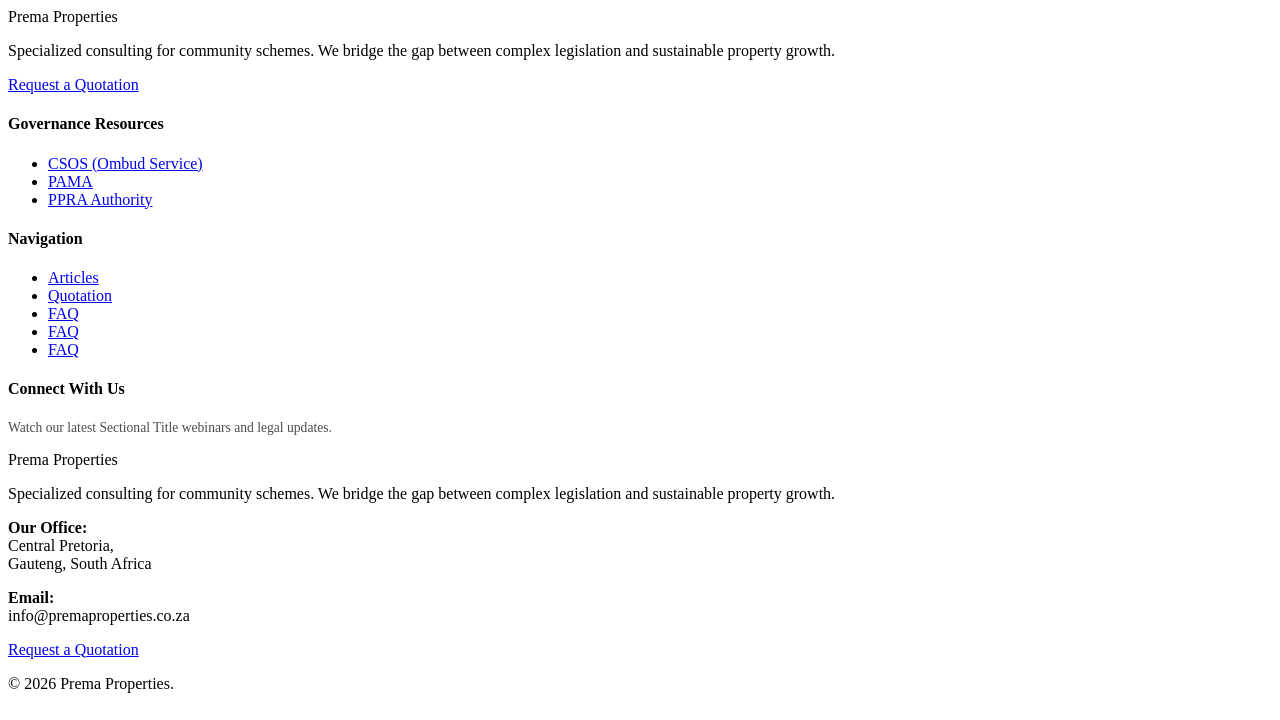
Repository: mnqobiMenzi/Prema-Properties
Page: footer.html
These files come from the project's save history. The page is drawn as it stood at one moment and after a run of saves; the edit follows.
The browser window is 1280 px wide. The pictures show the whole page.

Above is the page before, as saved 2026-02-10 12:50:08.

### footer.html
<!DOCTYPE html>
<html lang="en">
<head>
    <meta charset="UTF-8">
    <meta name="viewport" content="width=device-width, initial-scale=1.0">
    <title>Document</title>
</head>
<body>
    <footer class="main-footer">
  <div class="container footer-grid">
    <div class="footer-column brand-info">
      <div class="logo">Prema Properties</div>
      <p>Specialized consulting for community schemes. We bridge the gap between complex legislation and sustainable property growth.</p>
      <a href="quote.html" class="footer-cta-btn">Request a Quotation</a>
    </div>

    <div class="footer-column">
      <h4>Governance Resources</h4>
      <ul>
        <li><a href="https://www.csos.org.za/" target="_blank">CSOS (Ombud Service)</a></li>
        <li><a href="https://www.pama.org.za/" target="_blank">PAMA</a></li>
        <li><a href="https://www.eaab.org.za/" target="_blank">PPRA Authority</a></li>
      </ul>
    </div>

    <div class="footer-column">
      <h4>Navigation</h4>
      <ul>
        <li><a href="articles.html">Articles</a></li>
        <li><a href="quote.html">Quotation</a></li>
        <li><a href="FAQ.html">FAQ</a></li>
        <li><a href="about-us.html">FAQ</a></li>
        <li><a href="contact-us.html">FAQ</a></li>
      </ul>
    </div>
    <div class="footer-column">
  <h4>Connect With Us</h4>
  <p style="font-size: 0.85rem; margin-bottom: 15px; opacity: 0.7;">
    Watch our latest Sectional Title webinars and legal updates.
  </p>
  <div class="social-icons">
    <a href="#" target="_blank" title="Facebook"><i class="bi bi-facebook"></i></a>
    <a href="#" target="_blank" title="LinkedIn"><i class="bi bi-linkedin"></i></a>
    <a href="#" target="_blank" title="YouTube"><i class="bi bi-youtube"></i></a>
    <a href="#" target="_blank" title="X (Twitter)"><i class="bi bi-twitter-x"></i></a>
    <a href="#" target="_blank" title="WhatsApp"><i class="bi bi-whatsapp"></i></a>
  </div>
</div>
  </div>
  <div class="footer-column brand-info">
  <div class="logo">Prema Properties</div>
  <p>Specialized consulting for community schemes. We bridge the gap between complex legislation and sustainable property growth.</p>

  <div class="footer-address">
    <p><i class="bi bi-geo-alt-fill"></i> <strong>Our Office:</strong><br>
    Central Pretoria,<br>
    Gauteng, South Africa</p>

    <p><i class="bi bi-envelope-fill"></i> <strong>Email:</strong><br>
    info@premaproperties.co.za</p>
  </div>

  <a href="quote.html" class="footer-cta-btn">Request a Quotation</a>
</div>
  <div class="footer-bottom">
    <div class="container"><p>&copy; 2026 Prema Properties.</p></div>
  </div>
</footer>
</body>
</html>

After the next 2 saves:
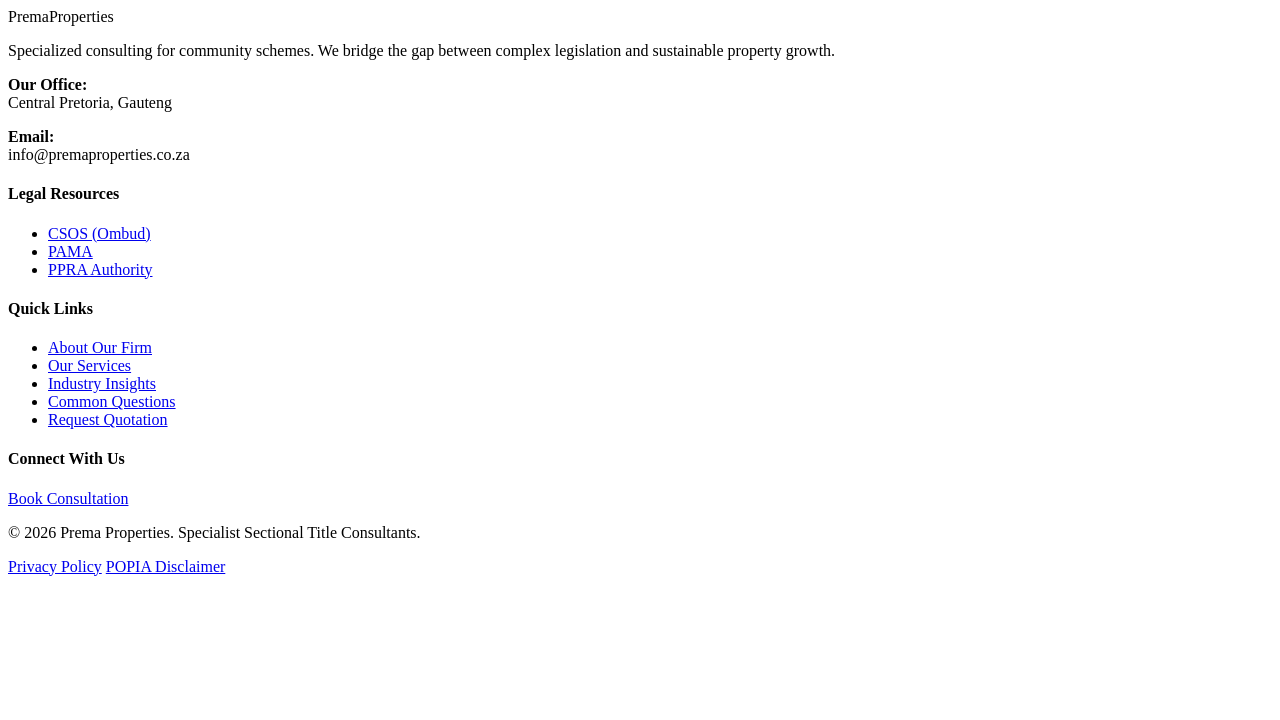
The 2 saves are shown as one change because they came seconds apart.
The last was saved 10 s later.
--- a/footer.html
+++ b/footer.html
@@ -8,62 +8,62 @@
 <body>
     <footer class="main-footer">
   <div class="container footer-grid">
+
     <div class="footer-column brand-info">
-      <div class="logo">Prema Properties</div>
+      <div class="logo">Prema<span>Properties</span></div>
       <p>Specialized consulting for community schemes. We bridge the gap between complex legislation and sustainable property growth.</p>
-      <a href="quote.html" class="footer-cta-btn">Request a Quotation</a>
+
+      <div class="footer-address">
+        <p><i class="bi bi-geo-alt-fill"></i> <strong>Our Office:</strong><br>
+        Central Pretoria, Gauteng</p>
+        <p><i class="bi bi-envelope-fill"></i> <strong>Email:</strong><br>
+        info@premaproperties.co.za</p>
+      </div>
     </div>
 
     <div class="footer-column">
-      <h4>Governance Resources</h4>
-      <ul>
-        <li><a href="https://www.csos.org.za/" target="_blank">CSOS (Ombud Service)</a></li>
-        <li><a href="https://www.pama.org.za/" target="_blank">PAMA</a></li>
-        <li><a href="https://www.eaab.org.za/" target="_blank">PPRA Authority</a></li>
+      <h4>Legal Resources</h4>
+      <ul class="footer-links">
+        <li><a href="https://www.csos.org.za/" target="_blank"><i class="bi bi-link-45deg"></i> CSOS (Ombud)</a></li>
+        <li><a href="https://www.pama.org.za/" target="_blank"><i class="bi bi-link-45deg"></i> PAMA</a></li>
+        <li><a href="https://www.eaab.org.za/" target="_blank"><i class="bi bi-link-45deg"></i> PPRA Authority</a></li>
       </ul>
     </div>
 
     <div class="footer-column">
-      <h4>Navigation</h4>
-      <ul>
-        <li><a href="articles.html">Articles</a></li>
-        <li><a href="quote.html">Quotation</a></li>
-        <li><a href="FAQ.html">FAQ</a></li>
-        <li><a href="about-us.html">FAQ</a></li>
-        <li><a href="contact-us.html">FAQ</a></li>
+      <h4>Quick Links</h4>
+      <ul class="footer-links">
+        <li><a href="about-us.html">About Our Firm</a></li>
+        <li><a href="services.html">Our Services</a></li>
+        <li><a href="articles.html">Industry Insights</a></li>
+        <li><a href="FAQ.html">Common Questions</a></li>
+        <li><a href="quote.html">Request Quotation</a></li>
       </ul>
     </div>
+
     <div class="footer-column">
-  <h4>Connect With Us</h4>
-  <p style="font-size: 0.85rem; margin-bottom: 15px; opacity: 0.7;">
-    Watch our latest Sectional Title webinars and legal updates.
-  </p>
-  <div class="social-icons">
-    <a href="#" target="_blank" title="Facebook"><i class="bi bi-facebook"></i></a>
-    <a href="#" target="_blank" title="LinkedIn"><i class="bi bi-linkedin"></i></a>
-    <a href="#" target="_blank" title="YouTube"><i class="bi bi-youtube"></i></a>
-    <a href="#" target="_blank" title="X (Twitter)"><i class="bi bi-twitter-x"></i></a>
-    <a href="#" target="_blank" title="WhatsApp"><i class="bi bi-whatsapp"></i></a>
-  </div>
-</div>
-  </div>
-  <div class="footer-column brand-info">
-  <div class="logo">Prema Properties</div>
-  <p>Specialized consulting for community schemes. We bridge the gap between complex legislation and sustainable property growth.</p>
+      <h4>Connect With Us</h4>
+      <div class="social-icons">
+        <a href="#" target="_blank" title="Facebook"><i class="bi bi-facebook"></i></a>
+        <a href="#" target="_blank" title="LinkedIn"><i class="bi bi-linkedin"></i></a>
+        <a href="#" target="_blank" title="YouTube"><i class="bi bi-youtube"></i></a>
+        <a href="#" target="_blank" title="WhatsApp"><i class="bi bi-whatsapp"></i></a>
+      </div>
+      <a href="appointment.html" class="footer-cta-btn">Book Consultation</a>
+    </div>
 
-  <div class="footer-address">
-    <p><i class="bi bi-geo-alt-fill"></i> <strong>Our Office:</strong><br>
-    Central Pretoria,<br>
-    Gauteng, South Africa</p>
-
-    <p><i class="bi bi-envelope-fill"></i> <strong>Email:</strong><br>
-    info@premaproperties.co.za</p>
   </div>
 
-  <a href="quote.html" class="footer-cta-btn">Request a Quotation</a>
-</div>
   <div class="footer-bottom">
-    <div class="container"><p>&copy; 2026 Prema Properties.</p></div>
+    <div class="container">
+      <div class="bottom-flex">
+        <p>&copy; 2026 Prema Properties. Specialist Sectional Title Consultants.</p>
+        <div class="legal-links">
+          <a href="#">Privacy Policy</a>
+          <a href="#">POPIA Disclaimer</a>
+        </div>
+      </div>
+    </div>
   </div>
 </footer>
 </body>
